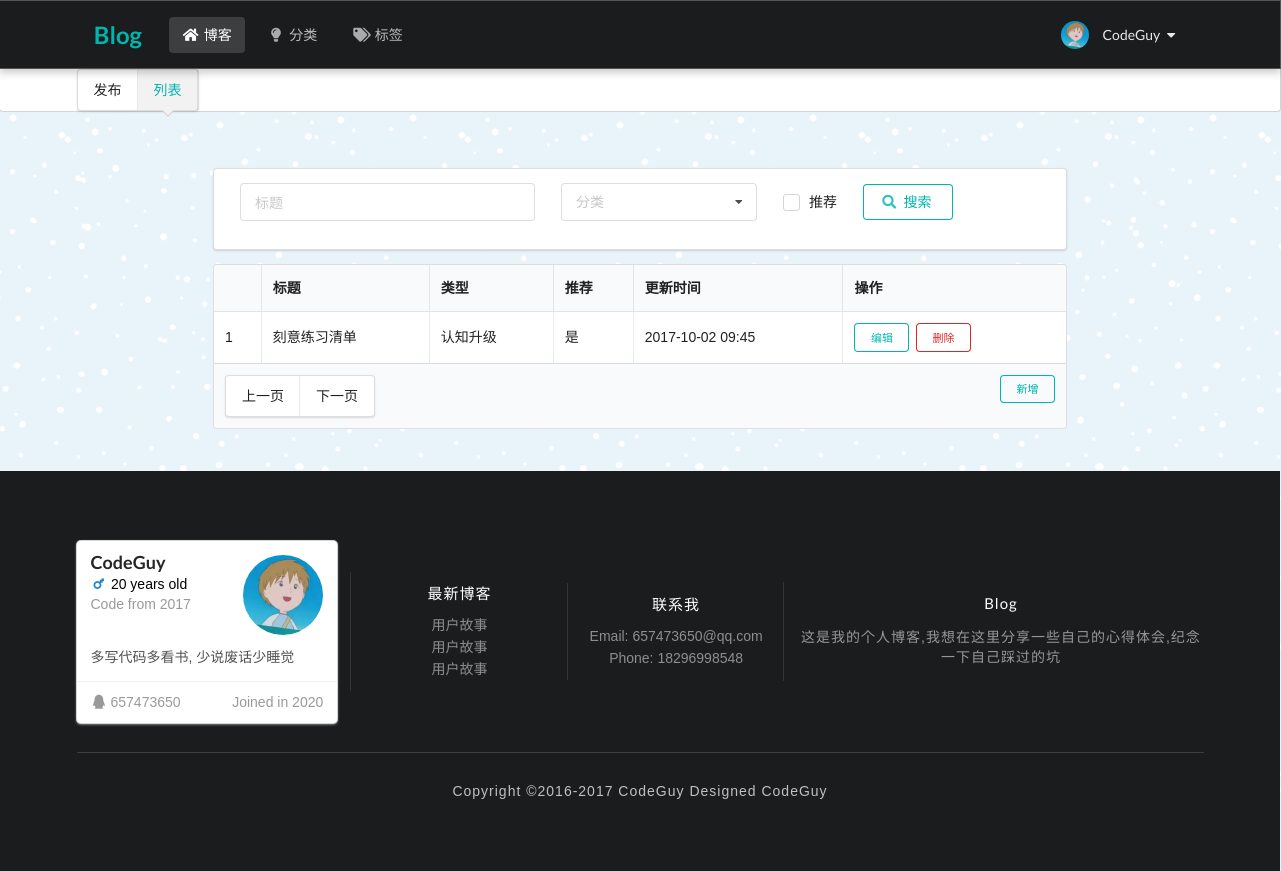
Repository: GOGOHQ/myblog
Page: admin/blogs.html
The author's editor kept a copy of each file at every save. The page is drawn from the files as they stood at one save, then again after the next save.
The browser window is 1280 px wide. The page is 1281 px wide, so the pictures cover 1281 px, including what lies to the right of the window. The pictures show the whole page.
Some web libraries are served in a nearby version.

Above is the page before, as saved 2020-01-18 16:26:36.

### admin/blogs.html
<!DOCTYPE html>
<html lang="en">
<!-- shift alt + b -->

<head>
    <meta charset="UTF-8">
    <meta name="viewport" content="width=device-width, inital-scale=1.0">
    <title>管理后台</title>
    <link rel="stylesheet" href="../static/css/me.css">
    <link rel="stylesheet" href="https://cdn.jsdelivr.net/semantic-ui/2.2.4/semantic.min.css">

</head>

<body style="background-image: url(../static/images/blue-snow.png);">
<!-- 导航 -->
<nav class="ui inverted attached segment m-padded-tb-mini m-shadow-small">
    <div class="ui container">
        <div class="ui secondary stackable inverted menu">
            <h2 class="ui teal header item">Blog</h2>
            <a href="" class="active m-item m-mobile-hide item"><i class="home icon"></i>博客</a>
            <a href="" class="m-item m-mobile-hide item"><i class="idea icon"></i>分类</a>
            <a href="" class="m-item m-mobile-hide item"><i class="tags icon"></i>标签</a>
            <div class="right menu">
                <div class="ui dropdown item m-mobile-hide m-item" style="padding-left:5px">
                    <div class="text">
                        <img class="ui avatar image" src="../static/images/avatar.jpg"> CodeGuy
                        <i class="dropdown icon"></i>
                    </div>

                    <div class="menu">
                        <div class="item"><i class="power off icon"></i>注销</div>
                    </div>
                </div>
            </div>
            <a href="#" class="menu toggle ui black icon button m-top-right m-mobile-show">
                <i class="icon sidebar"></i>
            </a>
        </div>
    </div>
</nav>
<div class="ui bottom attached pointing menu">
    <div class="ui container">
        <div class="ui left menu">
            <a href="#" class="teal item">发布</a>
            <a href="#" class="active teal item">列表</a>
        </div>
    </div>
</div>
<!-- 内容 -->
<div class="m-padded-tb-big m-small-container">
    <div class="ui container">
        <form class="ui segment stackable form" action="" method="POST">
            <div class="inline fields">
                <div class="six wide field sinput ">
                    <input type="text" name="title" placeholder="标题">
                </div>
                <div class="field sinput ">
                    <div class="ui selection dropdown">
                        <input type="hidden" name="type">
                        <i class="dropdown icon"></i>
                        <div class="default text">分类</div>
                        <div class="menu">
                            <div class="item" data-value="1">错误日志</div>
                            <div class="item" data-value="2">开发者手册</div>
                            <div class="item" data-value="1">错误日志</div>
                        </div>
                    </div>
                </div>
                <div class="field sinput">
                    <div class="ui checkbox">
                        <input type="checkbox" id="recommend" name="recommend">
                        <label for="recommend">
                            推荐
                        </label>
                    </div>
                </div>
                <div class="field sinput">
                    <button class="ui teal basic button"><i class="search icon"></i>搜索</button>
                </div>
            </div>
        </form>
        <table class="ui celled stackable table m-tb-mobile-lr">
            <thead>
            <tr>
                <th></th>
                <th>标题</th>
                <th>类型</th>
                <th>推荐</th>
                <th>更新时间</th>
                <th>操作</th>
            </tr>
            </thead>
            <tbody>
            <tr>
                <td>1</td>
                <td>刻意练习清单</td>
                <td>认知升级</td>
                <td>是</td>
                <td>2017-10-02 09:45</td>
                <td>
                    <a href="#" class="ui mini basic teal button">编辑</a>
                    <a href="#" class="ui mini basic red button">删除</a>
                </td>
            </tr>
            </tbody>
            <tfoot>
            <tr>
                <th colspan="6">
                    <div class="ui left floated pagination menu">
                        <a class="item">上一页</a>
                        <a class="item">下一页</a>
                    </div>
                    <a href="#" class="ui right floated mini basic teal button">新增</a>
                </th>
            </tr>
            </tfoot>
        </table>
    </div>
</div>
<!-- 底部 -->
<footer class="ui inverted vertical segment  m-padded-tb-massive ">
    <div class="ui center aligned container ">
        <div class="ui inverted stackable divided grid fluid ">
            <div class="four wide column left aligned ">
                <div class="ui fluid card ">
                    <div class="content ">
                        <img class="right circular floated tiny ui image " src="../static/images/avatar.jpg ">
                        <div class="header ">
                            CodeGuy
                        </div>
                        <div class="meta ">
                            <i class="icon blue mars stroke " style="margin:0px "></i>
                            <text style="color:black; ">20 years old</text>
                        </div>
                        <div class="meta ">
                            Code from 2017
                        </div>
                        <div class="description ">
                            多写代码多看书, 少说废话少睡觉
                        </div>
                    </div>
                    <div class="extra content ">
                        <a>
                            <i class="qq icon "></i>657473650
                        </a>
                        <span class="right floated ">
                                    Joined in 2020
                                  </span>
                    </div>
                </div>
            </div>
            <div class="center middle aligned three wide column ">
                <h4 class="ui inverted header m-text-thin m-text-spaced ">最新博客</h4>
                <div class="ui inverted link list ">
                    <a href="# " class="item ">用户故事</a>
                    <a href="# " class="item ">用户故事</a>
                    <a href="# " class="item ">用户故事</a>
                </div>
            </div>
            <div class="center aligned three wide column middle aligned ">
                <h4 class="ui inverted header m-text-thin m-text-spaced ">联系我</h4>
                <div class="ui inverted link list ">
                    <a href="# " class="item ">Email: 657473650@qq.com</a>
                    <a href="# " class="item ">Phone: 18296998548</a>

                </div>
            </div>
            <div class="six wide middle aligned column ">
                <h4 class="ui inverted header m-text-thin m-text-spaced ">Blog</h4>
                <p class="m-text-thin m-text-spaced m-text-tiny-opacity ">这是我的个人博客,我想在这里分享一些自己的心得体会,纪念一下自己踩过的坑</p>
            </div>
        </div>
        <div class="ui inverted section divider "></div>
        <p class="m-text-thin m-text-spaced m-text-mini-opacity ">Copyright ©2016-2017 CodeGuy Designed CodeGuy</p>
    </div>
</footer>
</body>
<script src="https://cdn.jsdelivr.net/npm/jquery@3.2/dist/jquery.min.js"></script>
<script src="https://cdn.jsdelivr.net/semantic-ui/2.2.4/semantic.min.js"></script>
<script>
    $('.menu.toggle').click(function () {
        $('.m-item').fadeToggle().toggleClass('m-mobile-hide')
    });
    $('.ui.dropdown').dropdown();
</script>

</html>

### static/css/me.css
/* postion */

.m-top-right {
    position: absolute !important;
    top: 0;
    right: 0;
}


/*margin*/

.m-margin-tb-tiny {
    margin-top: 0.3em !important;
    margin-bottom: 0.3em !important;
}

.m-margin-top-small {
    margin-top: 0.5em !important;
}

.m-margin-lr-small {
    margin-right: 0.5em !important;
}

.m-margin-bottom-small {
    margin-bottom: 1em !important;
}

.m-margin-top-large {
    margin-top: 2em !important;
}

.m-margin-top {
    margin-top: 1em !important;
}

body {
    font-family: "WenQuanYi Micro Hei", sans-serif !important;
}


/* padding */

.m-padded-lr-responsive {
    padding-left: 3.5em !important;
    padding-right: 3.5em !important;
}

.m-padded-mini {
    padding: 0.2em !important;
}

.m-padded-tiny {
    padding: 0.3em !important;
}

.m-padded-small {
    padding: 0.5em !important;
}

.m-padded-tb-mini {
    padding-top: 0.2em !important;
    padding-bottom: 0.2em !important;
}

.m-padded-top-middle {
    padding-top: 40px !important
}

.m-padded-tb-massive {
    padding-top: 5em !important;
    padding-bottom: 5em !important;
}

.m-padded-tb-large {
    padding-top: 2em !important;
    padding-bottom: 2em !important;
}

.m-padded-tb-big {
    padding-top: 3em !important;
    padding-bottom: 3em !important;
}

.m-padded-tb-tiny {
    padding-top: 0.3em !important;
    padding-bottom: 0.3em !important;
}

.m-padded-tb-huge {
    padding-top: 4em !important;
    padding-bottom: 4em !important;
}

.m-padded-tb {
    padding-top: 1em !important;
    padding-bottom: 1em !important;
}

.m-padded-tb-small {
    padding-top: 0.5em !important;
    padding-bottom: 0.5em !important;
}


/* shadow */

.m-shadow-small {
    -webkit-box-shadow: 0 4px 8px rgba(0, 0, 0, 0.2) !important;
    box-shadow: 0 4px 8px rgba(0, 0, 0, 0.2) !important;
}

.m-top-shadow {
    -webkit-box-shadow: 0 4px 8px rgba(0, 0, 0, 0.3) !important;
    box-shadow: 8px 0px 20px rgba(0, 0, 0, 0.6) !important;
}


/* color */

.m-black {
    color: #333 !important;
}


/* text */

.m-label-text {
    line-height: 1.6 !important;
    font-weight: 550 !important;
    letter-spacing: 1px !important;
    opacity: 0.85 !important;
}

.m-label-text-big {
    font-weight: 700 !important;
    letter-spacing: 1px !important;
    opacity: 0.9 !important;
}

.m-text-thin {
    font-weight: 400 !important
}

.m-text-spaced {
    letter-spacing: 1px !important
}

.m-text-lined {
    line-height: 1.8 !important
}

.m-text-mini-opacity {
    opacity: 0.8 !important
}

.m-text-tiny-opacity {
    opacity: 0.6 !important
}

.m-text {
    line-height: 1.6 !important;
    font-weight: 400 !important;
    letter-spacing: 1px !important;
    opacity: 0.8 !important
}

.m-info-text {
    line-height: 1.6 !important;
    font-weight: 600 !important;
    letter-spacing: 1px !important;
    opacity: 0.8 !important;
    color: #333 !important;
}


/* display */

.m-inline-block {
    display: inline-block !important;
}


/* container */

.m-container {
    max-width: 78em !important;
    margin: auto !important;
}

.m-small-container {
    max-width: 61em !important;
    margin: auto !important;
}

.m-mobile-show {
    display: none !important;
}

.sbtn {
    margin: 0 !important;
    margin-right: 120px !important;
}

.sinput {
    margin: 0 !important;
    margin-left: 12px !important;
}

.m-tb-mobile-lr {
    margin-left: 0px !important;
}

@media screen and (max-width: 768px) {
    .m-mobile-hide {
        display: none !important;
    }

    .m-mobile-show {
        display: block !important;
    }

    .m-padded-lr-responsive {
        padding-left: 0 !important;
        padding-right: 0 !important;
    }

    .m-mobile-lr-clear {
        padding-right: 0 !important;
        padding-left: 0 !important;
    }

    .m-tb-mobile-lr {
        padding-left: 12px !important;
    }

    .sbtn {
        margin-top: 10px !important;
        margin-right: 12px !important;
        margin-left: 9px !important;
    }

    .sinput {
        margin-top: 10px !important;
        margin-right: 12px !important;
    }
}

After the next save:
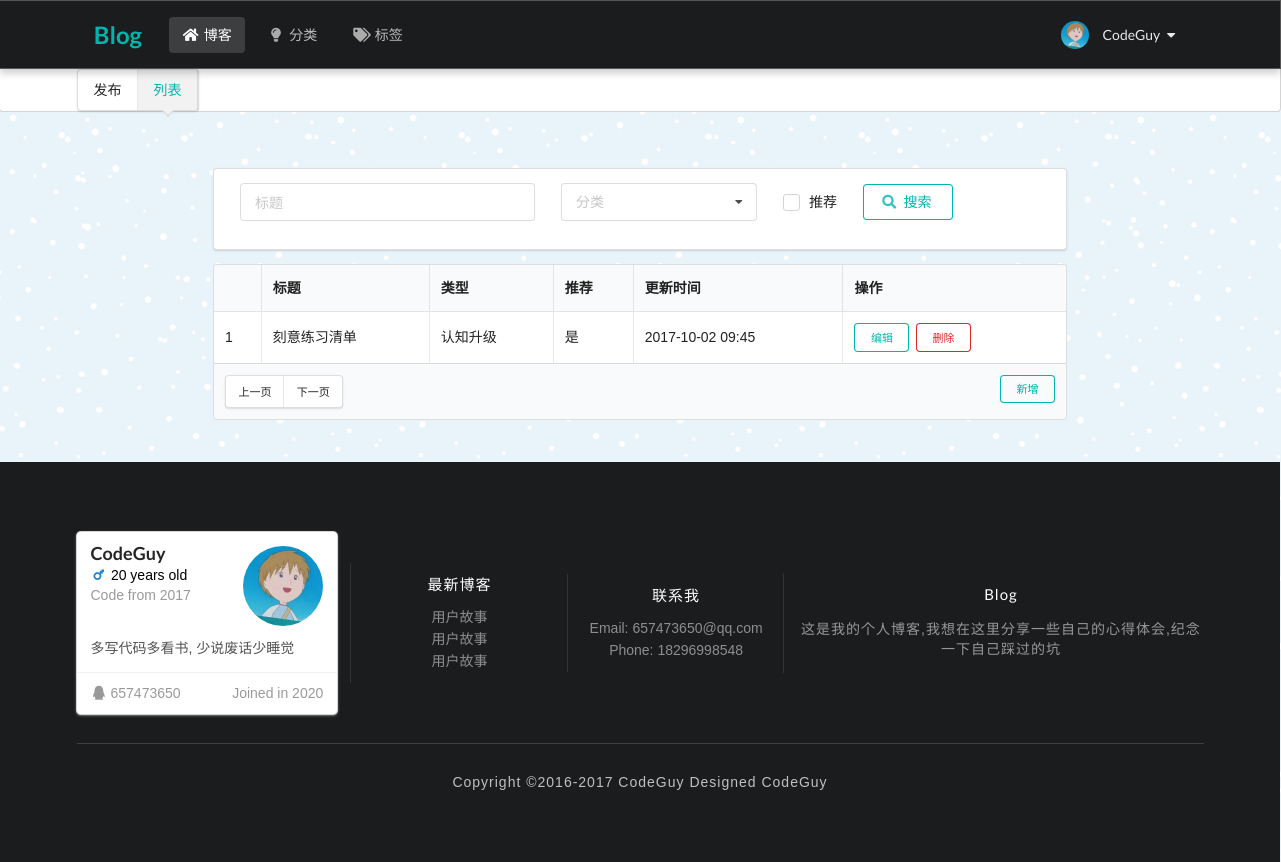
Saved 6 min 25 s later.
--- a/admin/blogs.html
+++ b/admin/blogs.html
@@ -106,7 +106,7 @@
             <tfoot>
             <tr>
                 <th colspan="6">
-                    <div class="ui left floated pagination menu">
+                    <div class="ui left floated mini pagination menu">
                         <a class="item">上一页</a>
                         <a class="item">下一页</a>
                     </div>
